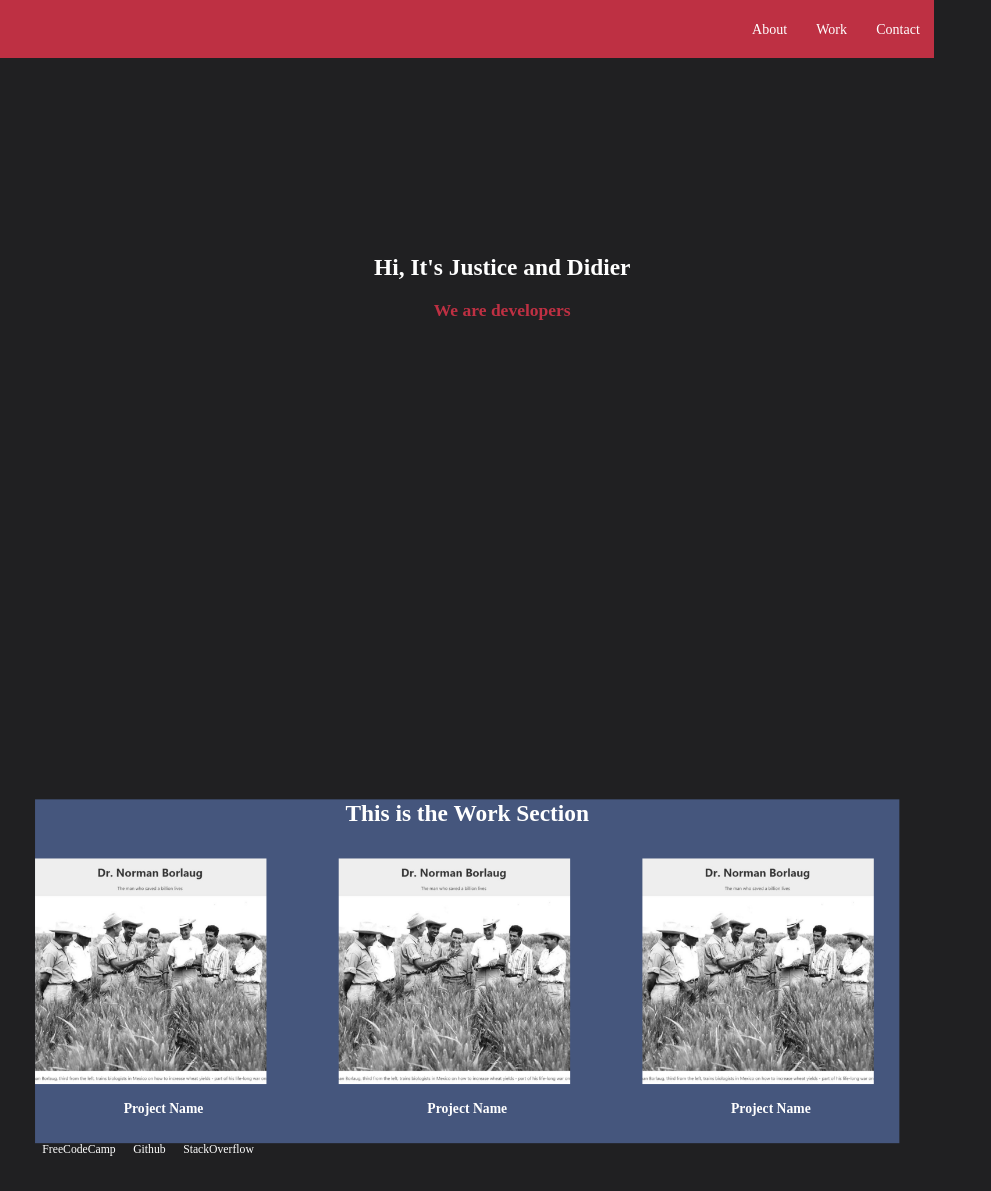
Repository: justicebhekani88/microverse_portfolio_project
Page: index.html
An editor plug-in stored every save of this project. The page is shown before and after the next save, followed by the edit.
The browser window is 1280 px wide. The page is 1328 px wide, then 1358 px, so the pictures cover 1358 px, including what lies to the right of the window. The pictures show the whole page, at 73% of full size.

Above is the page before, as saved 2022-07-21 15:29:12.

### index.html
<!DOCTYPE html>
<html lang="en">

<head>
    <meta charset="UTF-8">
    <meta http-equiv="X-UA-Compatible" content="IE=edge">
    <meta name="viewport" content="width=device-width, initial-scale=1.0">
    <link rel="stylesheet" href="style.css">
    <title>Portfolio Project</title>
</head>

<body>
    <nav id="navbar">
        <ul id="nav-list">
            <li><a href="#welcome-section">About</a></li>
            <li><a href="#projects">Work</a></li>
            <li><a href="#contact">Contact</a></li>
        </ul>
    </nav>
    <div id="main">
        <section id="welcome-section">
            <div id="welcome-text">
                <h1>Hi, It's Justice and Didier</h1>
                <h2>We are developers</h2>
            </div>
        </section>
        <section id="projects">
            <h1>This is the Work Section</h1>
            <div id="projects-display">
            <div class="project-tile">
                <a href="">
                    <div>
                        <img src="project.png" alt="Project Image">
                        <h3>Project Name</h3>
                    </div>
                </a>
            </div>
            <div class="project-tile">
                <a href="">
                    <div>
                        <img src="project.png" alt="Project Image">
                        <h3>Project Name</h3>
                    </div>
                </a>
            </div>
            <div class="project-tile">
                <a href="">
                    <div>
                        <img src="project.png" alt="Project Image">
                        <h3>Project Name</h3>
                    </div>
                </a>
            </div>
            </div>
        </section>
        <section>
            <a href="#" id="profile-link" target="_blank">FreeCodeCamp</a>
            <a href="#" id="profile-link" target="_blank">Github</a>
            <a href="#" id="profile-link" target="_blank">StackOverflow</a>
        </section>
    </div>

</body>

</html>

### style.css
body {
    background-color: #202022;
    overflow-x: hidden;
}

nav {
    color: white;
    display: flex;
    justify-content: flex-end;
    position: fixed;
    top: 0;
    left: 0;
    width: 100%;
    background: #BE3043;
}

#nav-list {
    display: flex;
}

li,
a {
    list-style: none;
    color: white;
    padding: 10px;
    text-decoration: none;
}

#main {
    padding-left: 70px;
}

#welcome-section {
    width: 100vw;
    height: 100vh;
}

h1 {
    color: white;
    font-size: 2rem;
    text-align: center;
}

h2 {
    color: #BE3043;
    font-size: 1.5rem;
}

h3 {
    text-align: center;
}

#welcome-text {
    margin: 300px 30%;
    text-align: center;
}

#projects {
    background: #45567D;
    justify-content: center;
}

#projects-display {
    display: grid;
    grid-template-columns: repeat(auto-fit, minmax(320px, 1fr));
    grid-gap: 4rem;
}

img {
    width: 90%
}

@media only screen and (min-width: 600px) {
    #main {
        padding: 10px;
    }
}

@media only screen and (min-width: 1280px) {
    #main {
        padding: 40px;
    }
    nav {
        font-size: larger;
    }
}

After the next save:
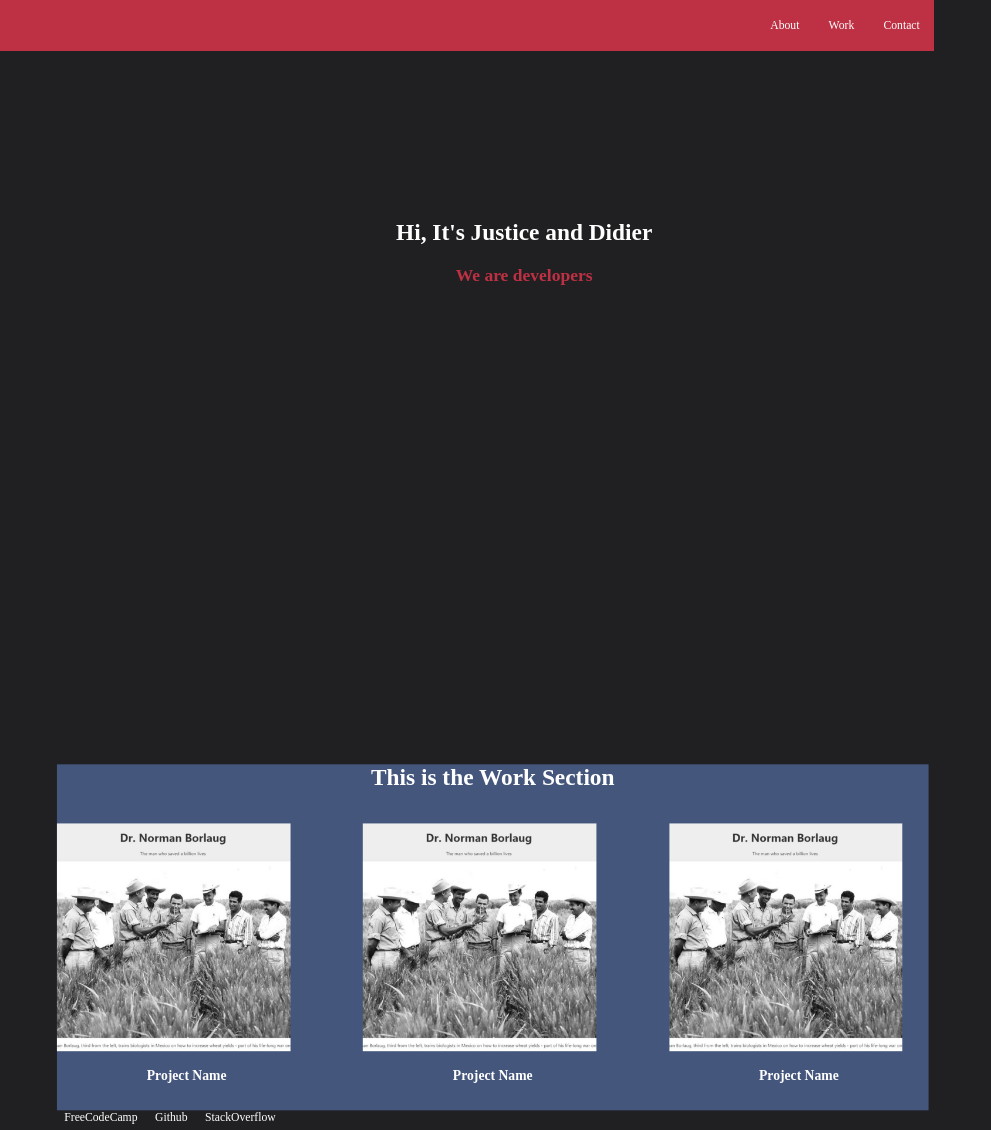
Saved 11 s later.
--- a/style.css
+++ b/style.css
@@ -70,7 +70,7 @@ img {
     width: 90%
 }
 
-@media only screen and (min-width: 600px) {
+/* @media only screen and (min-width: 600px) {
     #main {
         padding: 10px;
     }
@@ -83,4 +83,4 @@ img {
     nav {
         font-size: larger;
     }
-}
+} */
